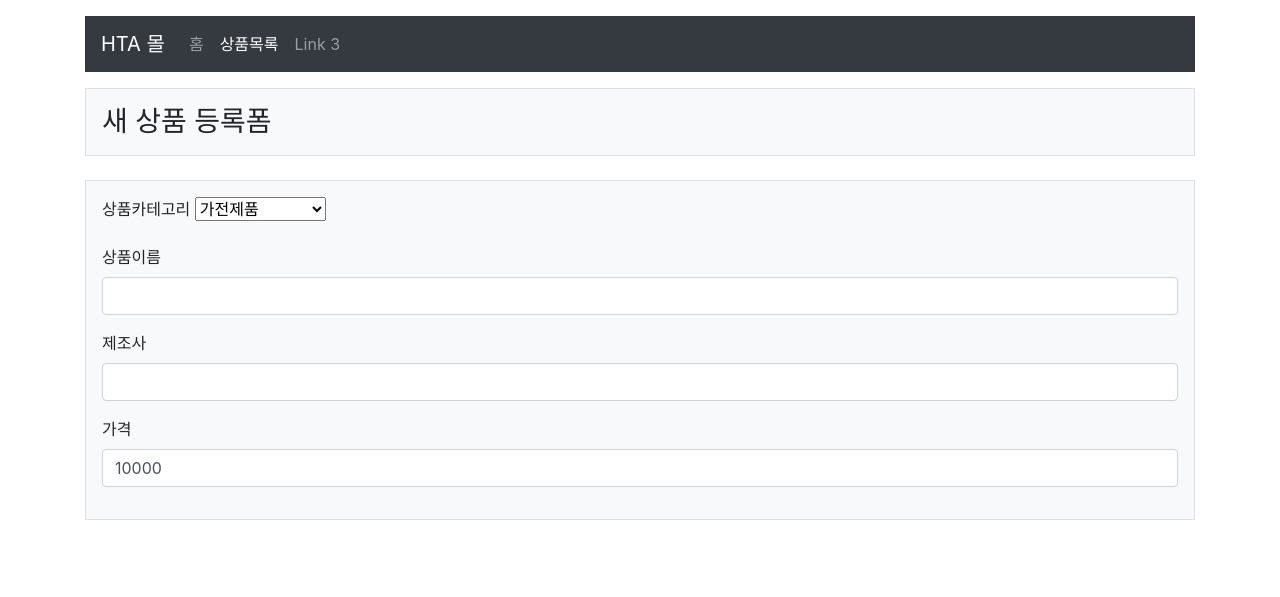
Repository: onuo77/HTA
Page: http://localhost/sample-mybatis/product/form.jsp
An editor plug-in stored every save of this project. The page is shown before and after the next save, followed by the edit.
The browser window is 1280 px wide. The pictures show the whole page.
The page is served by Tomcat 9.

Above is the page before, as saved 2021-05-26 05:36:59.

After the next save:
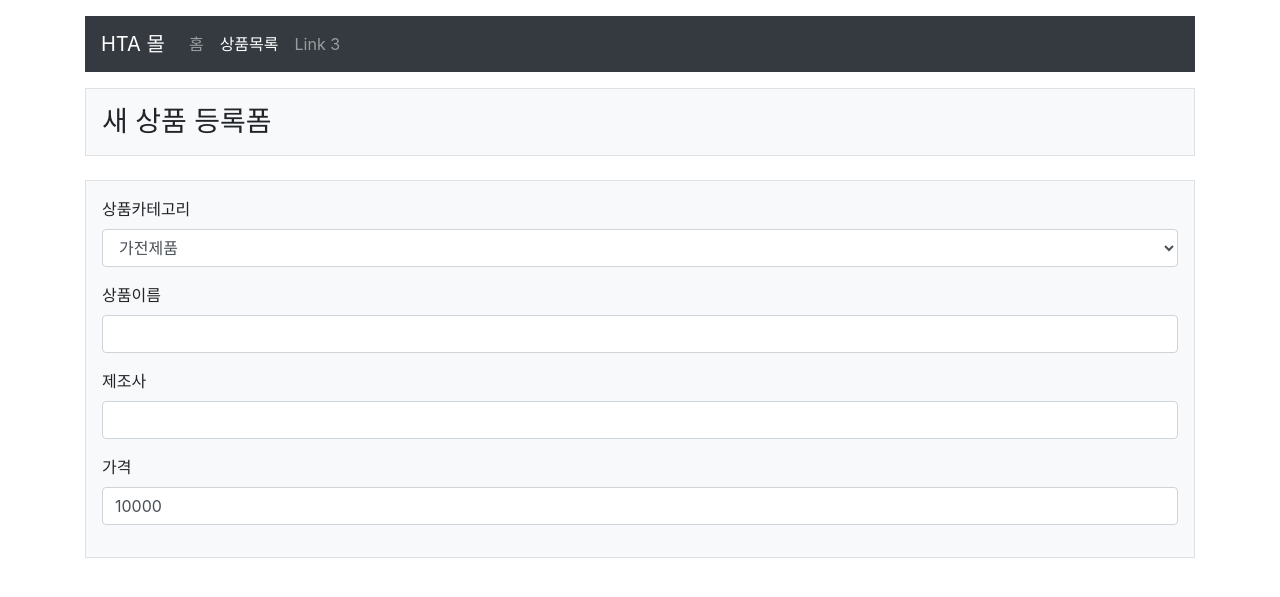
Saved 64 s later.
--- a/java-web/sample-mybatis/src/main/webapp/product/form.jsp
+++ b/java-web/sample-mybatis/src/main/webapp/product/form.jsp
@@ -29,7 +29,7 @@
 				<form action="" class="border p-3 bg-light">
 					<div class="form-group">
 						<label>상품카테고리</label>
-						<select name="category">
+						<select class="form-control" name="category">
 							<option value="가전"> 가전제품</option>
 							<option value="가구"> 가구</option>
 							<option value="주방"> 주방용품</option>
